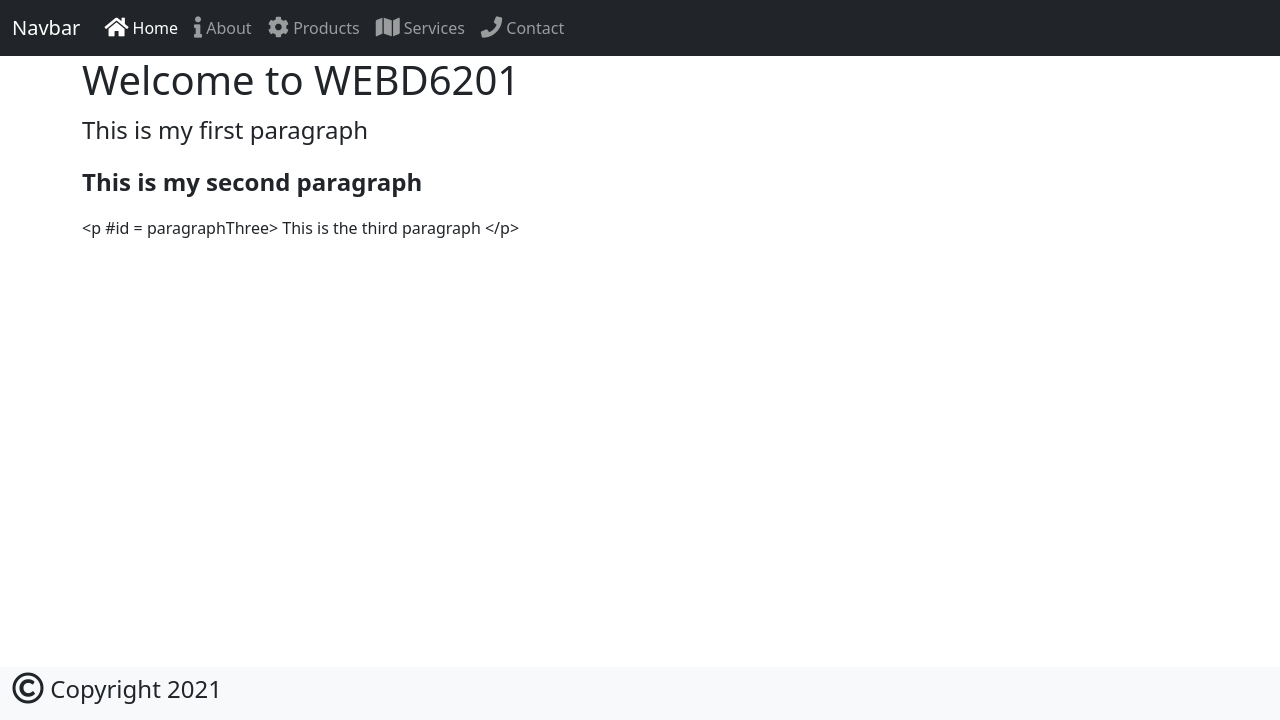
Repository: evanpalmer002/WEBD6201-ICE4
Page: index.html
These files come from the project's save history. The page is drawn as it stood at one moment and after the next save; the edit follows.
The browser window is 1280 px wide. The pictures show the whole page.

Above is the page before, as saved 2021-01-20 15:34:05.

After the next save:
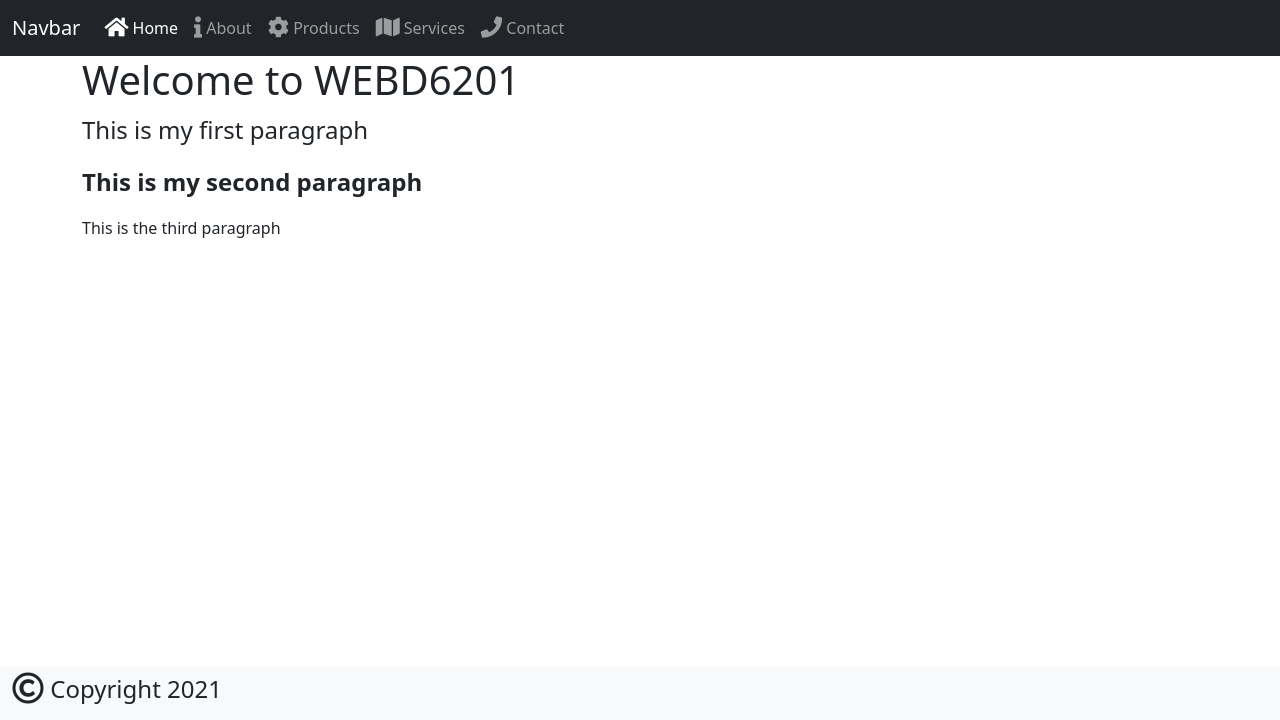
Saved 67 s later.
--- a/Scripts/app.js
+++ b/Scripts/app.js
@@ -26,10 +26,11 @@
         //Step 4 Append the new element to the parent
         mainContent.appendChild(paragraphTwo);
 
-        let paragraphThree = `<p #id = paragraphThree> This is the third paragraph </p>`
+        let newDivTag = document.createElement("div");
+        newDivTag.innerHTML = `<p #id = paragraphThree> This is the third paragraph </p>`;
 
 
-        mainContent.append(paragraphThree);
+        mainContent.append(newDivTag);
     }
 
     window.addEventListener("load", Start);
